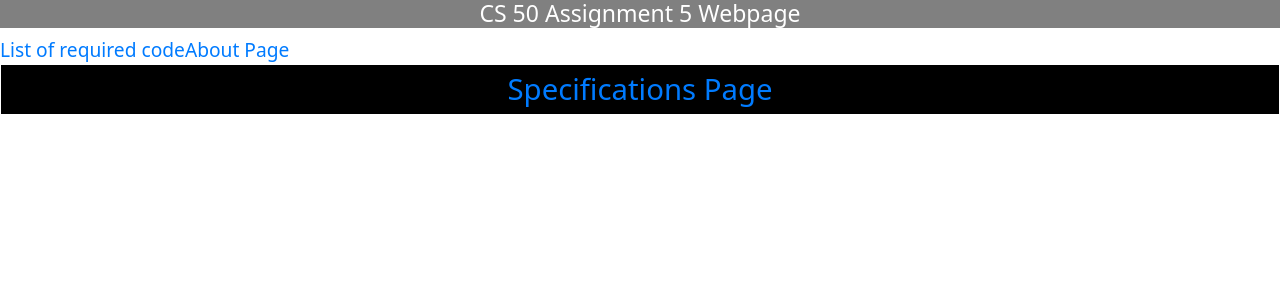
Repository: RSchwinn/cs50
Page: workspace/pset5/homepage/index.html
The author's editor kept a record of every edit. The page is drawn from the files as they stood at one moment, then again after the next edit.
The browser window is 1280 px wide. The pictures show the whole page.

Above is the page before.

### workspace/pset5/homepage/index.html
<!DOCTYPE html>

<html lang="en">
    <head>
        <!-- Required meta tags -->
        <meta charset="utf-8">
        <meta name="viewport" content="width=device-width, initial-scale=1, shrink-to-fit=no">

        <!-- Bootstrap CSS -->
        <link rel="stylesheet" href="https://stackpath.bootstrapcdn.com/bootstrap/4.1.3/css/bootstrap.min.css" integrity="sha384-MCw98/SFnGE8fJT3GXwEOngsV7Zt27NXFoaoApmYm81iuXoPkFOJwJ8ERdknLPMO" crossorigin="anonymous">
        <link href="styles.css" rel="stylesheet">
        <title>CS 50 Assignment 5 Webpage </title>
    </head>
    <body>
        <h1> CS 50 Assignment 5 Webpage </h1>

<a href></a>
<table style="width:100%">
  <tr> <td>
<a href="specs.html">Specifications Page</a> </td>
<a href="add.html">List of required code</a> </td>
<a href="specs.html">About Page</a> </td>
</tr>
</table>
        <script src="https://code.jquery.com/jquery-3.3.1.slim.min.js" integrity="sha384-q8i/X+965DzO0rT7abK41JStQIAqVgRVzpbzo5smXKp4YfRvH+8abtTE1Pi6jizo" crossorigin="anonymous"></script>
        <script src="https://cdnjs.cloudflare.com/ajax/libs/popper.js/1.14.3/umd/popper.min.js" integrity="sha384-ZMP7rVo3mIykV+2+9J3UJ46jBk0WLaUAdn689aCwoqbBJiSnjAK/l8WvCWPIPm49" crossorigin="anonymous"></script>
        <script src="https://stackpath.bootstrapcdn.com/bootstrap/4.1.3/js/bootstrap.min.js" integrity="sha384-ChfqqxuZUCnJSK3+MXmPNIyE6ZbWh2IMqE241rYiqJxyMiZ6OW/JmZQ5stwEULTy" crossorigin="anonymous"></script>
    </body>
</html>

### workspace/pset5/homepage/styles.css
body
{
    font-size: larger;
    font-family: sans;
}

h1
{
    background-color: grey;
    color: white;
    font-size: larger;
    font-family: sans;
    text-align: center;
}

#unique
{
    border: 4px dotted blue;
}

table
{
    border: 1px solid white;
    text-align: center;
    width:100%;
    font-size: small;
}

tr
{
    height: 50px;
}

td
{
    border: 1px solid white;
    background-color:black;
    color: white;
    font-size: 22pt;
}

.students
{
    background-color: yellow;
    opacity: 0.7;
}

After the next edit:
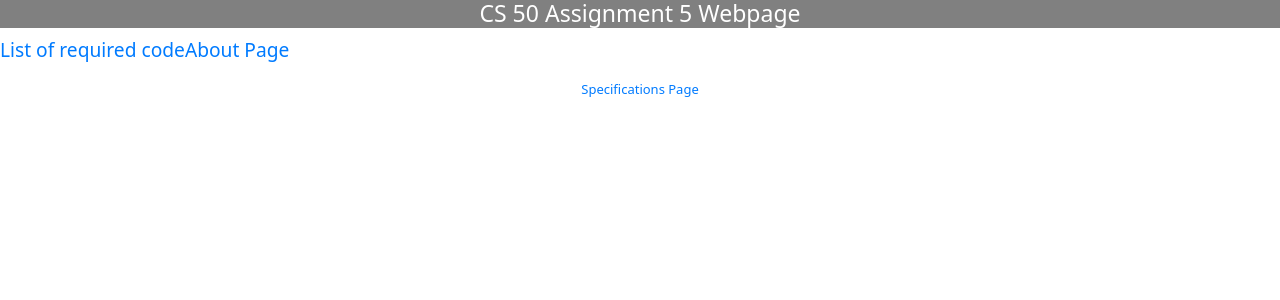
The edit:
--- a/workspace/pset5/homepage/styles.css
+++ b/workspace/pset5/homepage/styles.css
@@ -34,9 +34,7 @@
 td
 {
     border: 1px solid white;
-    background-color:black;
     color: white;
-    font-size: 22pt;
 }
 
 .students
